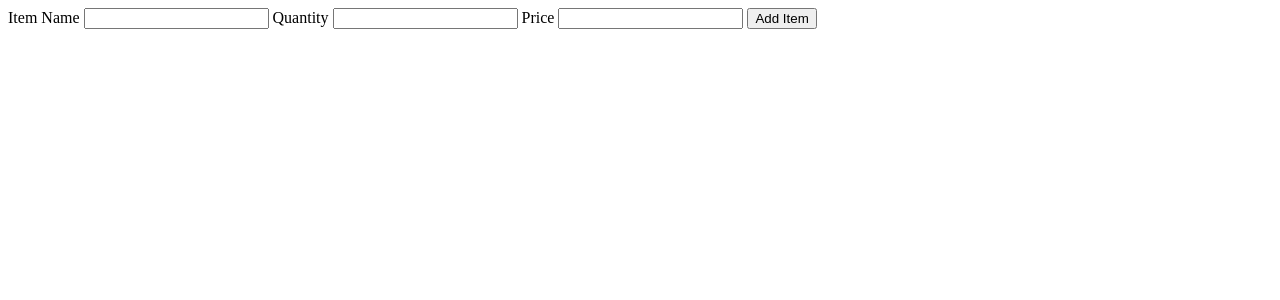
Repository: Stoldark/PLMUN
Page: http://localhost/add
An editor plug-in stored every save of this project. The page is shown before and after the next save, followed by the edit.
The browser window is 1280 px wide. The pictures show the whole page.
The page is served by the project's application, run on Flask 3 (tempCodeRunnerFile.py). The user the application loads for id 1 is signed in. The page reads the database file committed with the project.

Above is the page before, as saved 2024-09-22 16:29:58.

### templates/add.html
<form method="POST">
    <label for="name">Item Name</label>
    <input type="text" name="name" id="name" required>

    <label for="quantity">Quantity</label>
    <input type="number" name="quantity" id="quantity" required>

    <label for="price">Price</label>
    <input type="text" name="price" id="price" required>

    <button type="submit">Add Item</button>
</form>

### tempCodeRunnerFile.py
from flask import Flask, render_template, request, redirect, session, url_for, flash, jsonify
from flask_wtf import FlaskForm
from wtforms import StringField, PasswordField, SubmitField
from wtforms.validators import DataRequired, Length
from flask_bcrypt import Bcrypt
from flask_login import LoginManager, UserMixin, login_user, logout_user, login_required, current_user
import sqlite3
import os

# Initialize Flask app
app = Flask(__name__)

# Set the secret key for session management
app.config['SECRET_KEY'] = 'your_secret_key'  # Change this to a secure key

# Initialize extensions
bcrypt = Bcrypt(app)
login_manager = LoginManager(app)
login_manager.login_view = 'login'

# Database connection function
def get_db_connection():
    conn = sqlite3.connect('inventory.db')
    conn.row_factory = sqlite3.Row
    return conn

# User model for Flask-Login
class User(UserMixin):
    def __init__(self, id, username, role):
        self.id = id
        self.username = username
        self.role = role

# User loader for Flask-Login
@login_manager.user_loader
def load_user(user_id):
    conn = get_db_connection()
    user = conn.execute('SELECT * FROM users WHERE id = ?', (user_id,)).fetchone()
    conn.close()
    if user:
        return User(user['id'], user['username'], user['role'])
    return None

# Registration form
class RegistrationForm(FlaskForm):
    username = StringField('Username', validators=[DataRequired(), Length(min=4, max=25)])
    password = PasswordField('Password', validators=[DataRequired(), Length(min=6, max=35)])
    role = StringField('Role', validators=[DataRequired()])
    submit = SubmitField('Register')

# Login form
class LoginForm(FlaskForm):
    username = StringField('Username', validators=[DataRequired()])
    password = PasswordField('Password', validators=[DataRequired()])
    submit = SubmitField('Login')

# Route to show inventory items
@app.route('/')
@login_required
def index():
    conn = get_db_connection()
    items = conn.execute('SELECT * FROM items').fetchall()
    conn.close()
    return render_template('index.html', items=items)

# Route to add an item
@app.route('/add', methods=('GET', 'POST'))
@login_required
def add_item():
    if request.method == 'POST':
        name = request.form['name']
        quantity = request.form['quantity']
        price = request.form['price']

        conn = get_db_connection()
        conn.execute('INSERT INTO items (name, quantity, price) VALUES (?, ?, ?)',
                     (name, quantity, price))
        conn.commit()
        conn.close()

        return redirect('/')
    return render_template('add.html')

# Route to edit an item
@app.route('/edit/<int:id>', methods=('GET', 'POST'))
@login_required
def edit_item(id):
    conn = get_db_connection()
    item = conn.execute('SELECT * FROM items WHERE id = ?', (id,)).fetchone()

    if request.method == 'POST':
        name = request.form['name']
        quantity = request.form['quantity']
        price = request.form['price']
        conn.execute('UPDATE items SET name = ?, quantity = ?, price = ? WHERE id = ?',
                     (name, quantity, price, id))
        conn.commit()
        conn.close()
        return redirect('/')

    conn.close()
    return render_template('edit.html', item=item)

# Route to delete an item
@app.route('/delete/<int:id>', methods=['POST'])
@login_required
def delete_item(id):
    conn = get_db_connection()
    conn.execute('DELETE FROM items WHERE id = ?', (id,))
    conn.commit()
    conn.close()
    return redirect('/')

# Registration route
@app.route('/register', methods=['GET', 'POST'])
def register():
    form = RegistrationForm()
    if form.validate_on_submit():
        username = form.username.data
        password = bcrypt.generate_password_hash(form.password.data).decode('utf-8')
        role = form.role.data

        conn = get_db_connection()
        conn.execute('INSERT INTO users (username, password, role) VALUES (?, ?, ?)',
                     (username, password, role))
        conn.commit()
        conn.close()

        flash('Registration successful! You can now log in.')
        return redirect(url_for('login'))
    return render_template('register.html', form=form)

# Login route
@app.route('/login', methods=['GET', 'POST'])
def login():
    form = LoginForm()
    if form.validate_on_submit():
        username = form.username.data
        password = form.password.data

        conn = get_db_connection()
        user = conn.execute('SELECT * FROM users WHERE username = ?', (username,)).fetchone()
        conn.close()

        if user and bcrypt.check_password_hash(user['password'], password):
            login_user(User(user['id'], user['username'], user['role']))
            return redirect('/')
        else:
            flash('Login Unsuccessful. Please check your username and password', 'danger')

    return render_template('login.html', form=form)

# Logout route
@app.route('/logout')
@login_required
def logout():
    logout_user()
    return redirect(url_for('index'))

# API Endpoint to get inventory items
@app.route('/api/items', methods=['GET'])
@login_required
def api_get_items():
    conn = get_db_connection()
    items = conn.execute('SELECT * FROM items').fetchall()
    conn.close()
    return jsonify([dict(item) for item in items])

# API Endpoint to add an item
@app.route('/api/items', methods=['POST'])
@login_required
def api_add_item():
    data = request.get_json()
    name = data.get('name')
    quantity = data.get('quantity')
    price = data.get('price')

    conn = get_db_connection()
    conn.execute('INSERT INTO items (name, quantity, price) VALUES (?, ?, ?)',
                 (name, quantity, price))
    conn.commit()
    conn.close()

    return jsonify({'message': 'Item added successfully'}), 201

# API Endpoint to update an item
@app.route('/api/items/<int:id>', methods=['PUT'])
@login_required
def api_update_item(id):
    data = request.get_json()
    name = data.get('name')
    quantity = data.get('quantity')
    price = data.get('price')

    conn = get_db_connection()
    conn.execute('UPDATE items SET name = ?, quantity = ?, price = ? WHERE id = ?',
                 (name, quantity, price, id))
    conn.commit()
    conn.close()

    return jsonify({'message': 'Item updated successfully'})

# API Endpoint to delete an item
@app.route('/api/items/<int:id>', methods=['DELETE'])
@login_required
def api_delete_item(id):
    conn = get_db_connection()
    conn.execute('DELETE FROM items WHERE id = ?', (id,))
    conn.commit()
    conn.close()

    return jsonify({'message': 'Item deleted successfully'})

# Run the app
if __name__ == "__main__":
    port = int(os.environ.get("PORT", 10000))  # Use PORT environment variable or default to 10000
    app.run(host="0.0.0.0", port=port, debug=True)

### inventory.db (the tables this page reads, as SQL)
CREATE TABLE users (
        id INTEGER PRIMARY KEY AUTOINCREMENT,
        username TEXT NOT NULL UNIQUE,
        password TEXT NOT NULL,
        role TEXT NOT NULL
    );
INSERT INTO "users" VALUES
(1, 'Stoldark', '$2b$12$i0Mqa5cea8pBbFSinmIz..4VJgBXWnnDkYt3rAqvmVrgWCwBsXl4O', 'Admin'),
(2, 'Eric', '$2b$12$5BeYiRheo2DNLGpAIdDfIu/9jeemr9oTFF9FkywKS857V6zqEPPLe', 'Admin'),
(3, 'Kalbo', '$2b$12$T4oBcnexPmFyclvAoOqXEOpTToENOdoxSlpFfb4sIZypqMPj9xq5a', 'Tester'),
(4, 'Panot', '$2b$12$c2CZ9X/TyyBEVZsK3EdareqkeAU/5fhJbGQMReyKLPc/TcnwLLZCS', 'Tester');

After the next save:
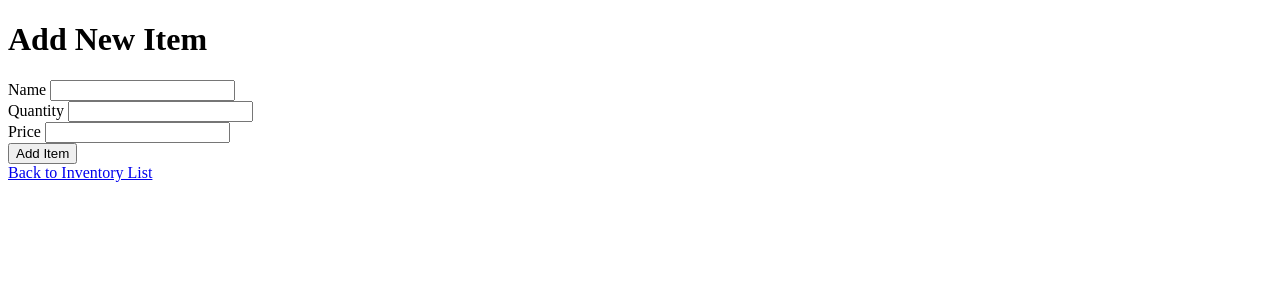
Saved 1 s later.
--- a/templates/add.html
+++ b/templates/add.html
@@ -1,12 +1,29 @@
-<form method="POST">
-    <label for="name">Item Name</label>
-    <input type="text" name="name" id="name" required>
-
-    <label for="quantity">Quantity</label>
-    <input type="number" name="quantity" id="quantity" required>
-
-    <label for="price">Price</label>
-    <input type="text" name="price" id="price" required>
-
-    <button type="submit">Add Item</button>
-</form>
+<!DOCTYPE html>
+<html lang="en">
+<head>
+    <meta charset="UTF-8">
+    <meta name="viewport" content="width=device-width, initial-scale=1.0">
+    <title>Add Item</title>
+</head>
+<body>
+    <h1>Add New Item</h1>
+    <form method="POST">
+        <div>
+            <label for="name">Name</label>
+            <input type="text" id="name" name="name" required>
+        </div>
+        <div>
+            <label for="quantity">Quantity</label>
+            <input type="number" id="quantity" name="quantity" required>
+        </div>
+        <div>
+            <label for="price">Price</label>
+            <input type="number" step="0.01" id="price" name="price" required>
+        </div>
+        <div>
+            <button type="submit">Add Item</button>
+        </div>
+    </form>
+    <a href="{{ url_for('index') }}">Back to Inventory List</a>
+</body>
+</html>
